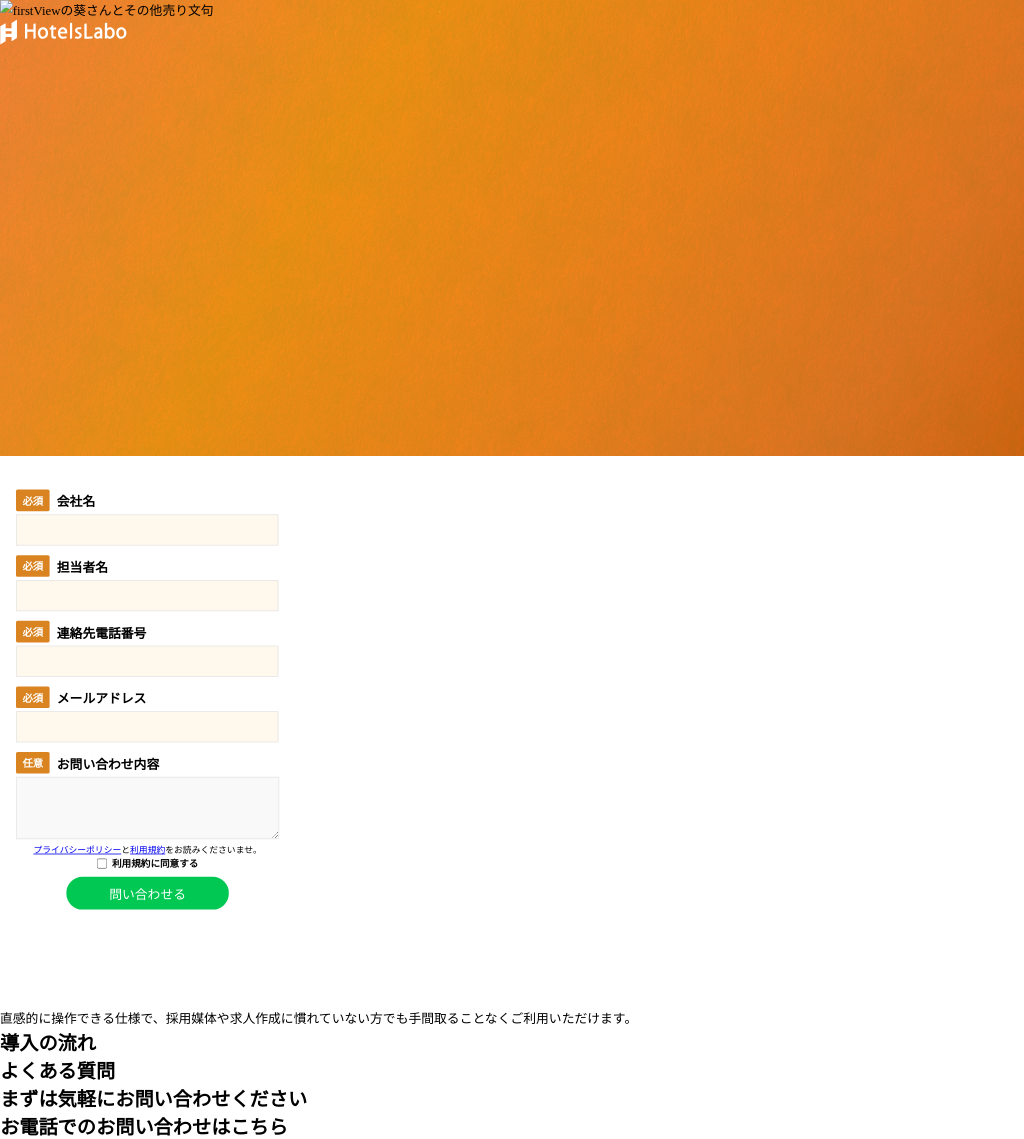
Repository: FujieRyou/to_b_lp
Page: index.html
These files come from the project's save history. The page is drawn as it stood at one moment and after the next save; the edit follows.
The browser window is 1280 px wide. The pictures show the whole page, at 80% of full size.

Above is the page before, as saved 2024-02-25 01:57:32.
Not found: index.js

After the next save:
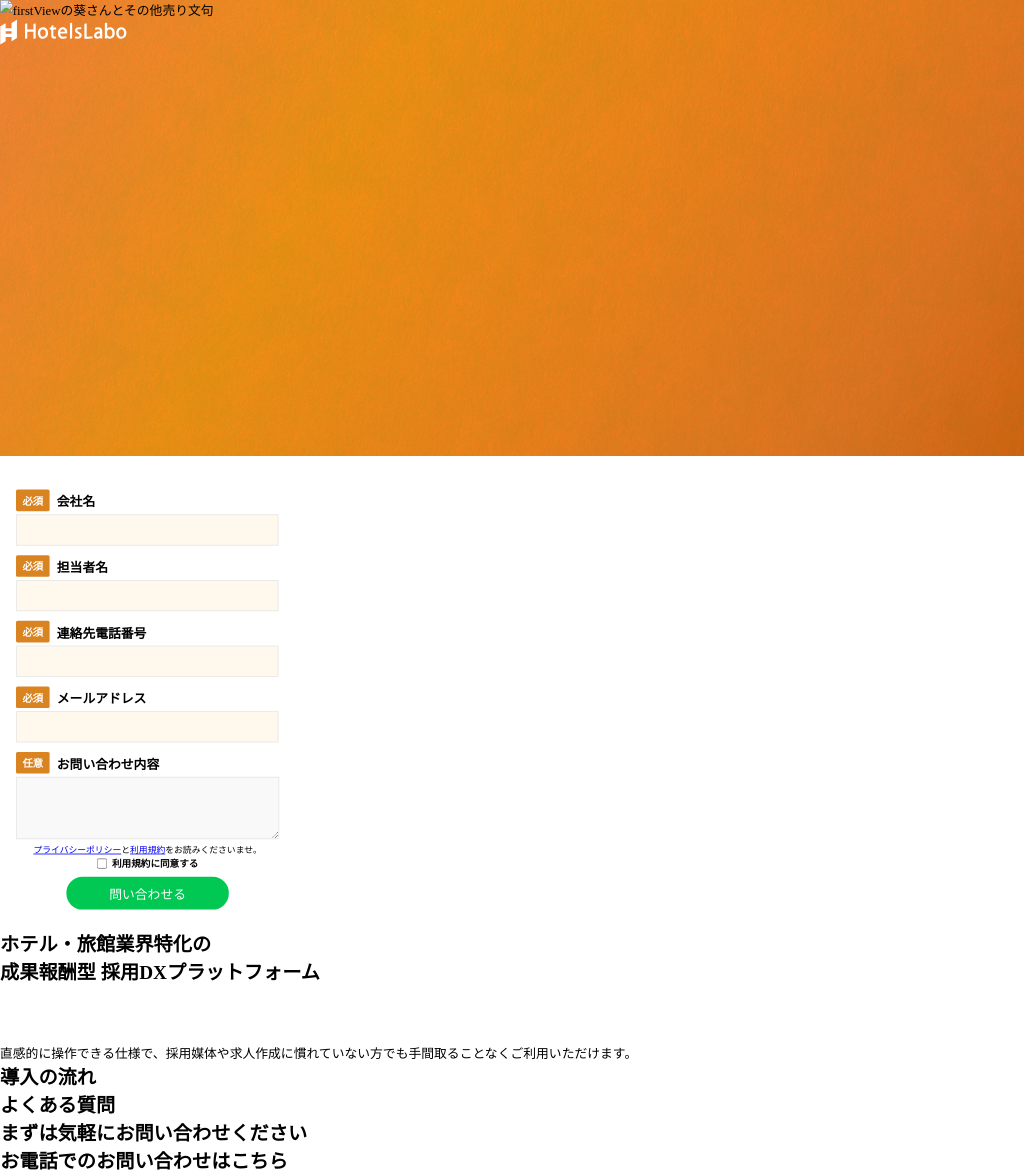
Saved 2 min 35 s later.
--- a/index.html
+++ b/index.html
@@ -83,7 +83,7 @@
             </section>
             <section>
                 <div>
-                    <h2><img src="" alt=""></h2>
+                    <h2><span>ホテル・旅館業界特化の</span><br>成果報酬型 採用DXプラットフォーム</h2>
                     <div>
                         <div>
                             <img src="" alt="">
